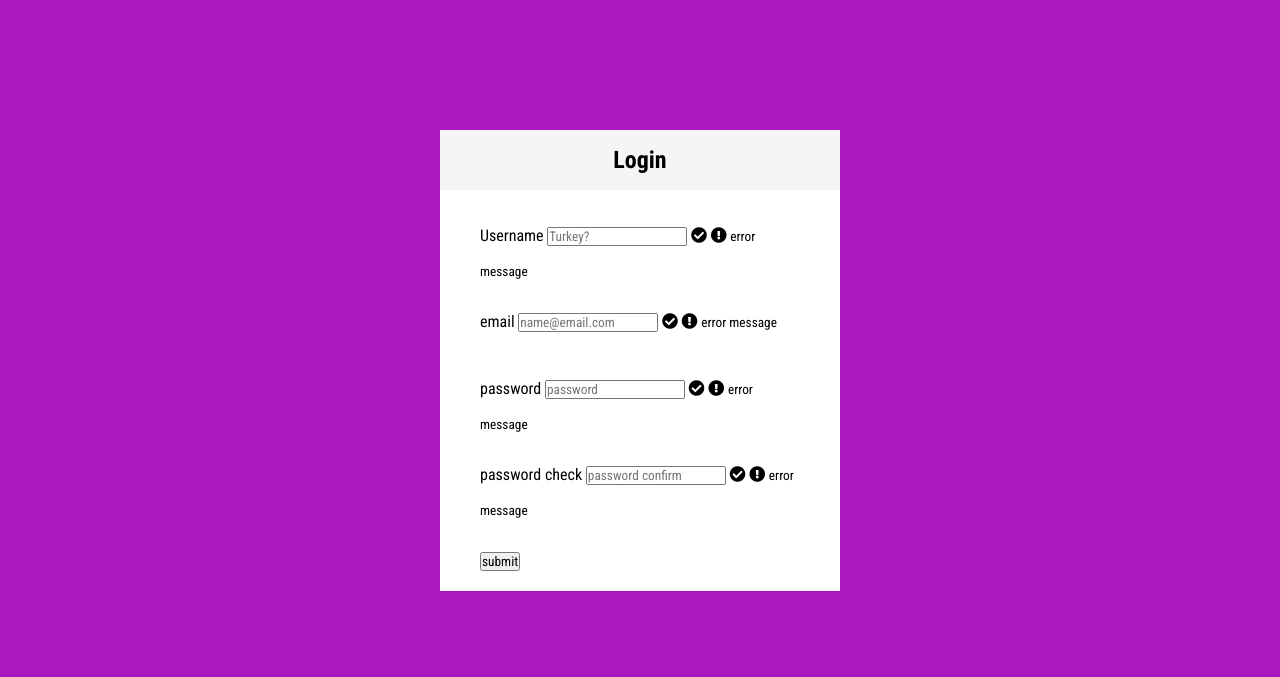
Repository: Abdoulrhman-altyeb/form-_validation-
Page: index.html
These files come from the project's save history. The page is drawn as it stood at one moment and after the next save; the edit follows.
The browser window is 1280 px wide. The pictures show the whole page.

Above is the page before, as saved 2021-05-23 20:47:22.

After the next save:
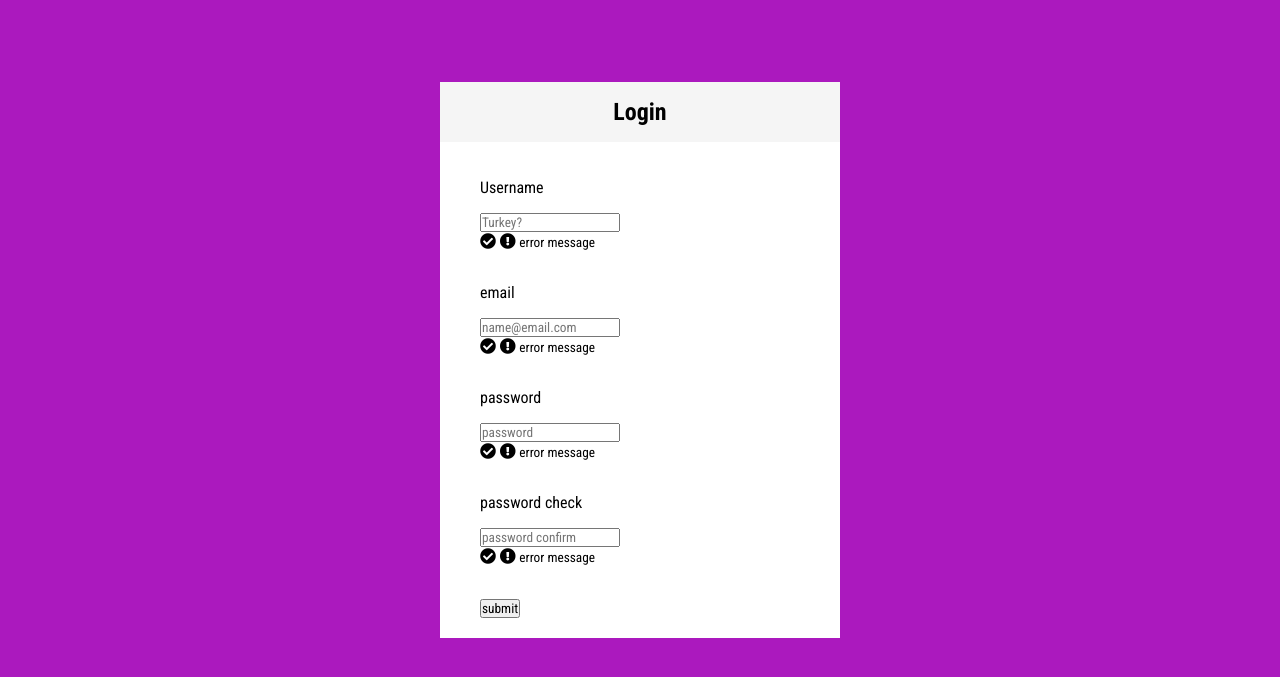
Saved 11 s later.
--- a/style.css
+++ b/style.css
@@ -36,3 +36,6 @@ body{
     display: inline-block;
     margin-bottom:1rem;
 }
+.form-control input{
+    display: block;
+}
